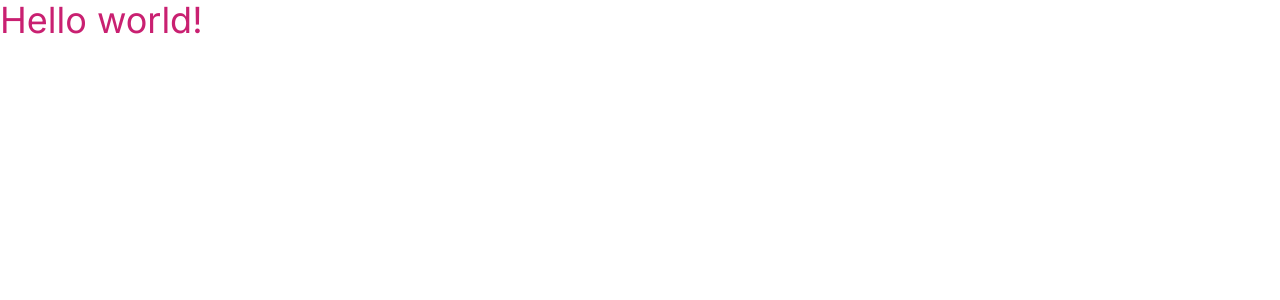
Repository: gimoli/loja-digital
Page: index.html
These files come from the project's save history. The page is drawn as it stood at one moment and after the next save; the edit follows.
The browser window is 1280 px wide. The pictures show the whole page.

Above is the page before, as saved 2025-04-22 09:23:33.

### index.html
<!DOCTYPE html>
<html lang="en">
<head>
    <meta charset="UTF-8">
    <meta name="viewport" content="width=device-width, initial-scale=1.0">
    <title>Document</title>
    <script src="https://cdn.jsdelivr.net/npm/@tailwindcss/browser@4"></script>
   <link rel="shortcut icon" href="./assets/DRIP STORE - DIGITAL COLLEGE (Copy) (Copy).zip" type="image/x-icon">
    <link rel="stylesheet" href="style.css">
        </head>
<body>
    <h1 class="text-4xl text-(--primary-color) font-semibol">
        Hello world!
      </h1>

</body>
</html>

### style.css
@import url('https://fonts.googleapis.com/css2?family=Inter:ital,opsz,wght@0,14..32,100..900;1,14..32,100..900&display=swap');

:root {
    font-family: "Inter", sans-serif;
    --dark-gray: #1F1F1F;
    --dark-gray-2: #474747;
    --dark-gray-3: #666666;
    --light-gray: #8F8F8F;
    --light-gray-2: #CCCCCC;
    --light-gray-3: #F5F5F5;
    --white: #FFFFFF;
    --primary-color: #C92071;
    --secondary-color: #B5B6F2;
    --tertiary-color: #991956;
    --error-color: #EE4266;
    --success-color: #52CA76;
    --warnig-color: #F6AA1C;
    --primary-gradient: 180deg, #C92071, #EDABCA;
    --secondary-gradient: 180deg, #B5B6F2, #EFEFFF;
}

@theme {

}

After the next save:
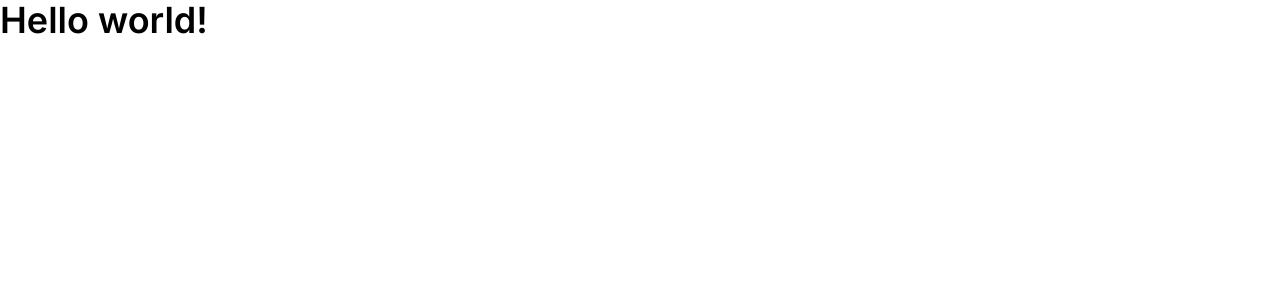
Saved 89 s later.
--- a/index.html
+++ b/index.html
@@ -8,10 +8,10 @@
    <link rel="shortcut icon" href="./assets/DRIP STORE - DIGITAL COLLEGE (Copy) (Copy).zip" type="image/x-icon">
     <link rel="stylesheet" href="style.css">
         </head>
-<body>
-    <h1 class="text-4xl text-(--primary-color) font-semibol">
-        Hello world!
-      </h1>
+        <body>
+            <h1 class="text-4xl font-semibold text-primary-color">
+              Hello world!
+            </h1>
+          </body>
 
-</body>
 </html>

After the 2 saves that followed:
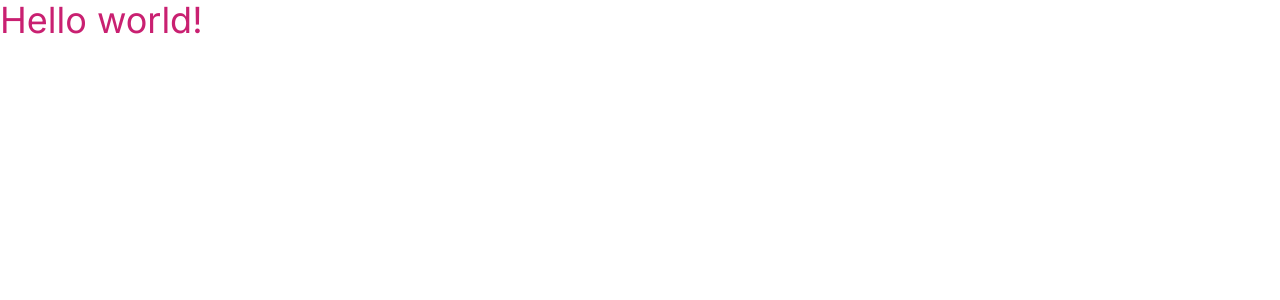
The 2 saves are shown as one change because 1 left the picture as it was.
The last was saved 33 s later.
--- a/index.html
+++ b/index.html
@@ -8,10 +8,10 @@
    <link rel="shortcut icon" href="./assets/DRIP STORE - DIGITAL COLLEGE (Copy) (Copy).zip" type="image/x-icon">
     <link rel="stylesheet" href="style.css">
         </head>
-        <body>
-            <h1 class="text-4xl font-semibold text-primary-color">
-              Hello world!
-            </h1>
-          </body>
+<body>
+    <h1 class="text-4xl text-(--primary-color) font-semibol">
+        Hello world!
+      </h1>
 
+</body>
 </html>
